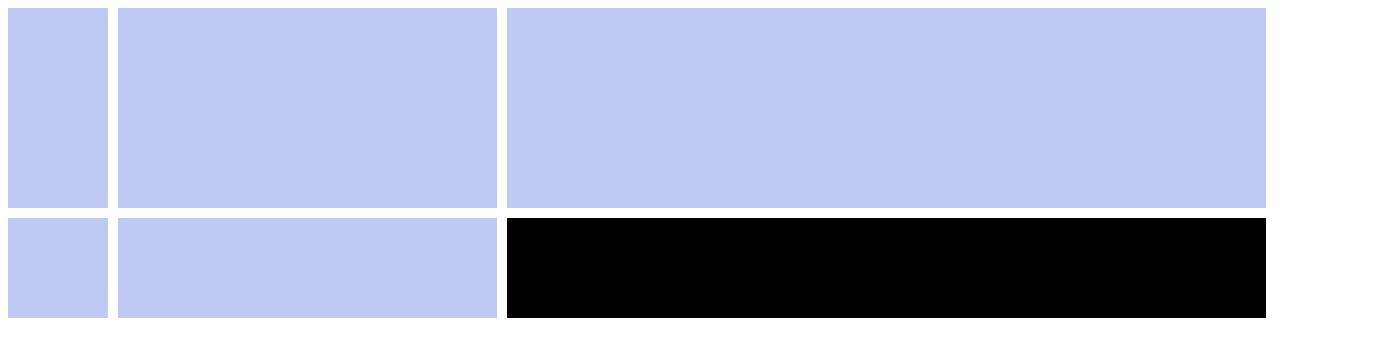
Repository: IrinaGetmanenko/week6
Page: tables.html
The author's editor kept a copy of each file at every save. The page is drawn from the files as they stood at one save, then again after the next save.
The browser window is 1280 px wide. The page is 1280 px wide, then 1392 px, so the pictures cover 1392 px, including what lies to the right of the window. The pictures show the whole page.

Above is the page before, as saved 2022-09-02 10:38:45.

### tables.html
<!DOCTYPE html>
<html lang="en">
<head>
    <meta charset="UTF-8">
    <meta http-equiv="X-UA-Compatible" content="IE=edge">
    <meta name="viewport" content="width=device-width, initial-scale=1.0">
    <title>Document</title>
</head>
<style>

.container {
  display: grid;
  grid-template-columns: 100px 30% 60%  ;
  grid-template-rows: 200px 100px  ;
  gap: 10px;
}

.item1 {
    background-color: rgba(89, 112, 227, 0.381);
}
.item2 {
    background-color: rgba(89, 112, 227, 0.381);
}
.item3 {
    background-color: rgba(89, 112, 227, 0.381);
}
.item4 {
    background-color: rgba(89, 112, 227, 0.381);
}
.item5 {
    background-color: rgba(89, 112, 227, 0.381);
}
.item6 {
    background-color: black;
}

</style>
<body>
        <div class="container">
        <div class="item item1"></div>
        <div class="item item2"></div>
        <div class="item item3"></div>
        <div class="item item4"></div>
        <div class="item item5"></div>
        <div class="item item6"></div>
      </div>
</body>
</html>

After the next save:
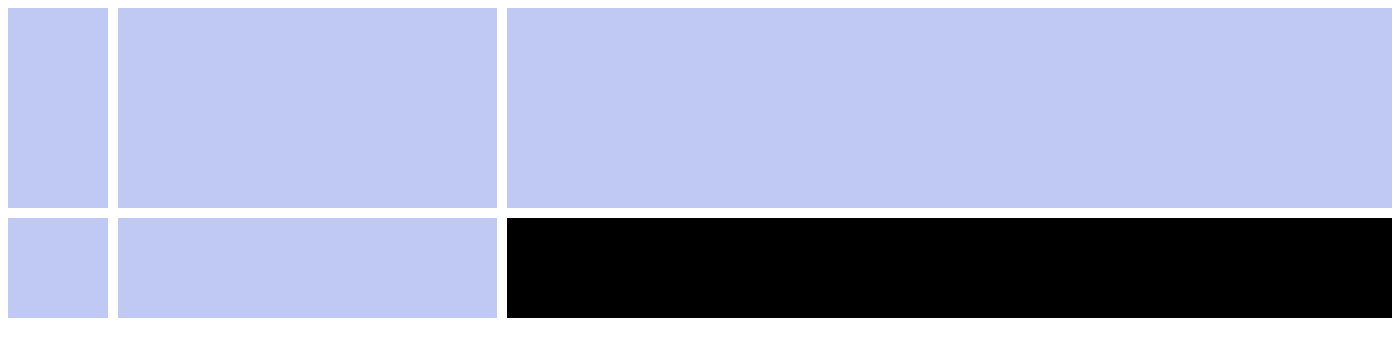
Saved 8 s later.
--- a/tables.html
+++ b/tables.html
@@ -10,7 +10,7 @@
 
 .container {
   display: grid;
-  grid-template-columns: 100px 30% 60%  ;
+  grid-template-columns: 100px 30% 70%  ;
   grid-template-rows: 200px 100px  ;
   gap: 10px;
 }
